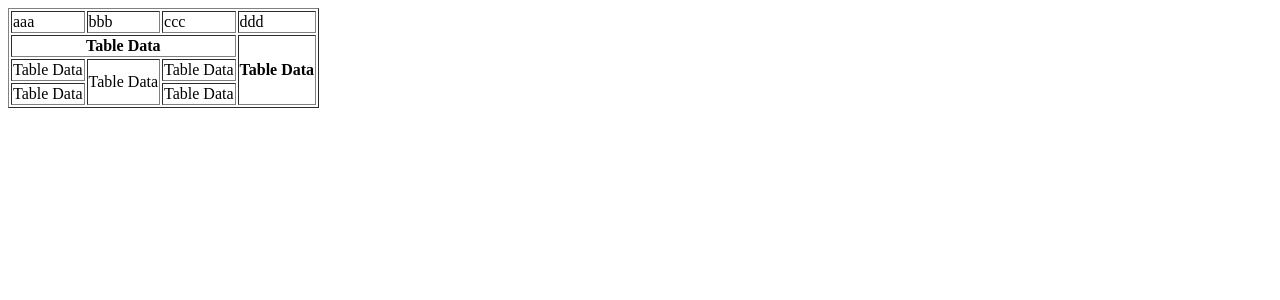
Repository: soso1525/bitcamp
Page: workspace/java-web/src/main/webapp/ch2/2-19.html
These files come from the project's save history. The page is drawn as it stood at one moment and after the next save; the edit follows.
The browser window is 1280 px wide. The pictures show the whole page.

Above is the page before, as saved 2017-12-12 05:50:41.

### workspace/java-web/src/main/webapp/ch2/2-19.html
<!DOCTYPE html>
<html>
<head>
<title>HTML5 Basic</title>
</head>
<body>
	<table border="1" width="">
		<tr>
			<td>aaa</td>
			<td>bbb</td>
			<td>ccc</td>
			<td>ddd</td>
		</tr>
		<tr>
			<th colspan="3">Table Data</th>
			<th rowspan="3">Table Data</th>
		</tr>
		<tr>
			<td>Table Data</td>
			<td rowspan="2">Table Data</td>
			<td>Table Data</td>
		</tr>
		<tr>
			<td>Table Data</td>
			<td>Table Data</td>
		</tr>
	</table>
</body>
</html>

After the next save:
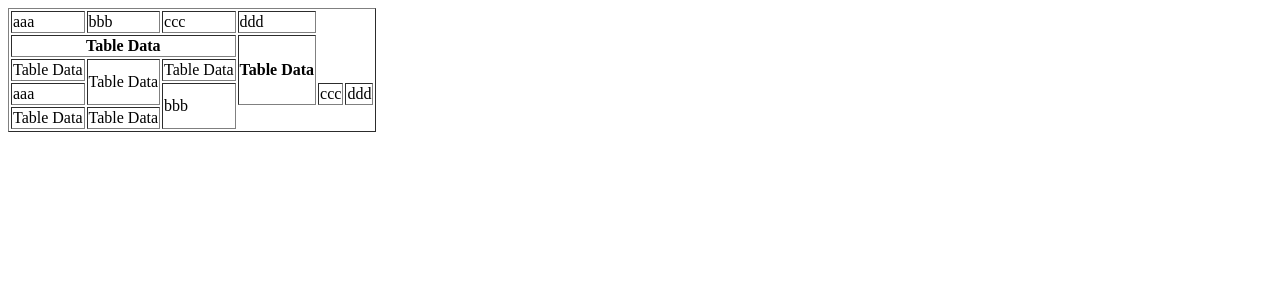
Saved 40 s later.
--- a/workspace/java-web/src/main/webapp/ch2/2-19.html
+++ b/workspace/java-web/src/main/webapp/ch2/2-19.html
@@ -20,6 +20,12 @@
 			<td rowspan="2">Table Data</td>
 			<td>Table Data</td>
 		</tr>
+        <tr>
+            <td>aaa</td>
+            <td rowspan="2">bbb</td>
+            <td>ccc</td>
+            <td>ddd</td>
+        </tr>
 		<tr>
 			<td>Table Data</td>
 			<td>Table Data</td>
